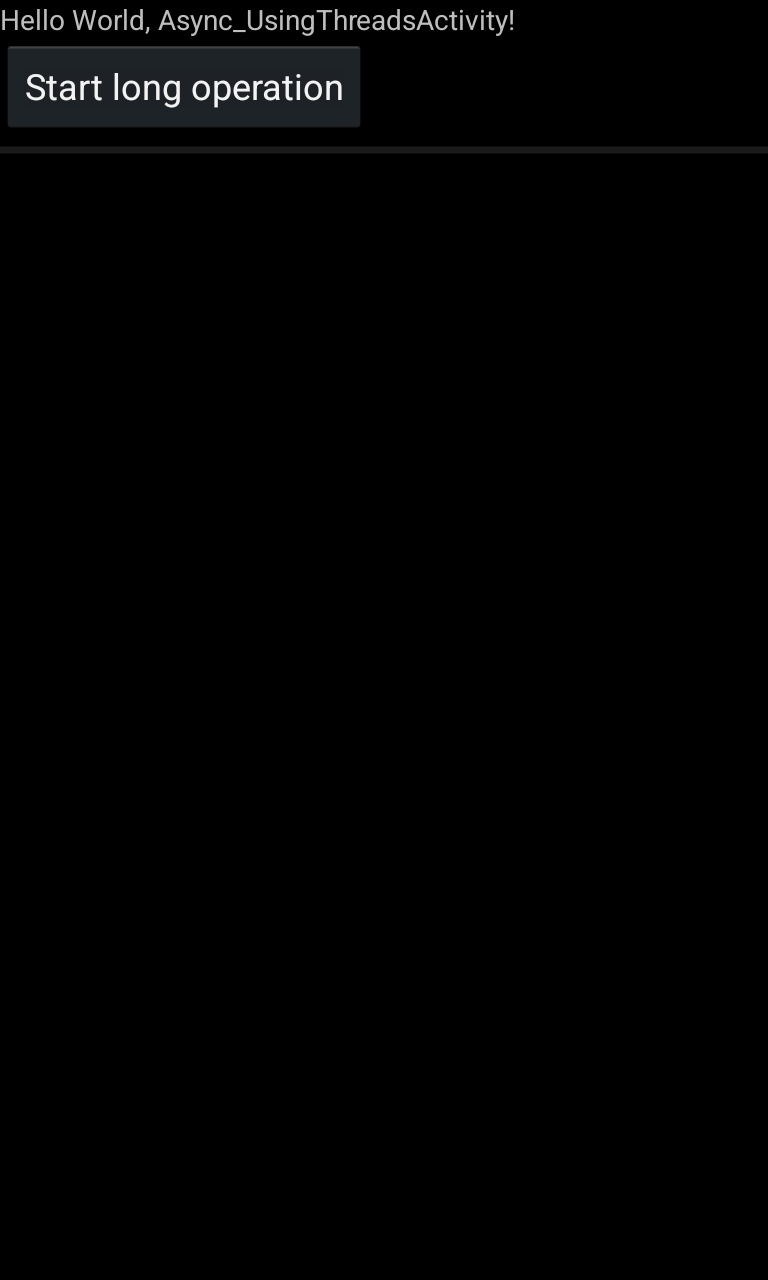
Repository: MobileAffairsLTD/AndroidDemos
Layout: Async_UsingThreads/res/layout/main.xml
The author's editor kept a copy of each file at every save. The layout is drawn from the files as they stood at one save, then again after the next save.
It is drawn on a 768 x 1280 px phone screen (xhdpi) without system bars, with theme android:Theme.Holo; the app's code is not run.

Above is the layout before, as saved 2012-04-20 19:14:52.

### Async_UsingThreads/res/layout/main.xml
<?xml version="1.0" encoding="utf-8"?>
<LinearLayout xmlns:android="http://schemas.android.com/apk/res/android"
    android:layout_width="fill_parent"
    android:layout_height="fill_parent"
    android:orientation="vertical" >

    <TextView
        android:layout_width="fill_parent"
        android:layout_height="wrap_content"
        android:text="@string/hello" />


    <Button
        android:id="@+id/button1"
        android:layout_width="wrap_content"
        android:layout_height="wrap_content"
        android:text="Start long operation"
        android:onClick="runLongOperation"/>




    <ProgressBar
        android:id="@+id/progressBar1"
        style="?android:attr/progressBarStyleHorizontal"
        android:layout_width="match_parent"
        android:layout_height="wrap_content" />

</LinearLayout>

### Async_UsingThreads/res/values/strings.xml
<?xml version="1.0" encoding="utf-8"?>
<resources>

    <string name="hello">Hello World, Async_UsingThreadsActivity!</string>
    <string name="app_name">Async_UsingThreads</string>

</resources>

After the next save:
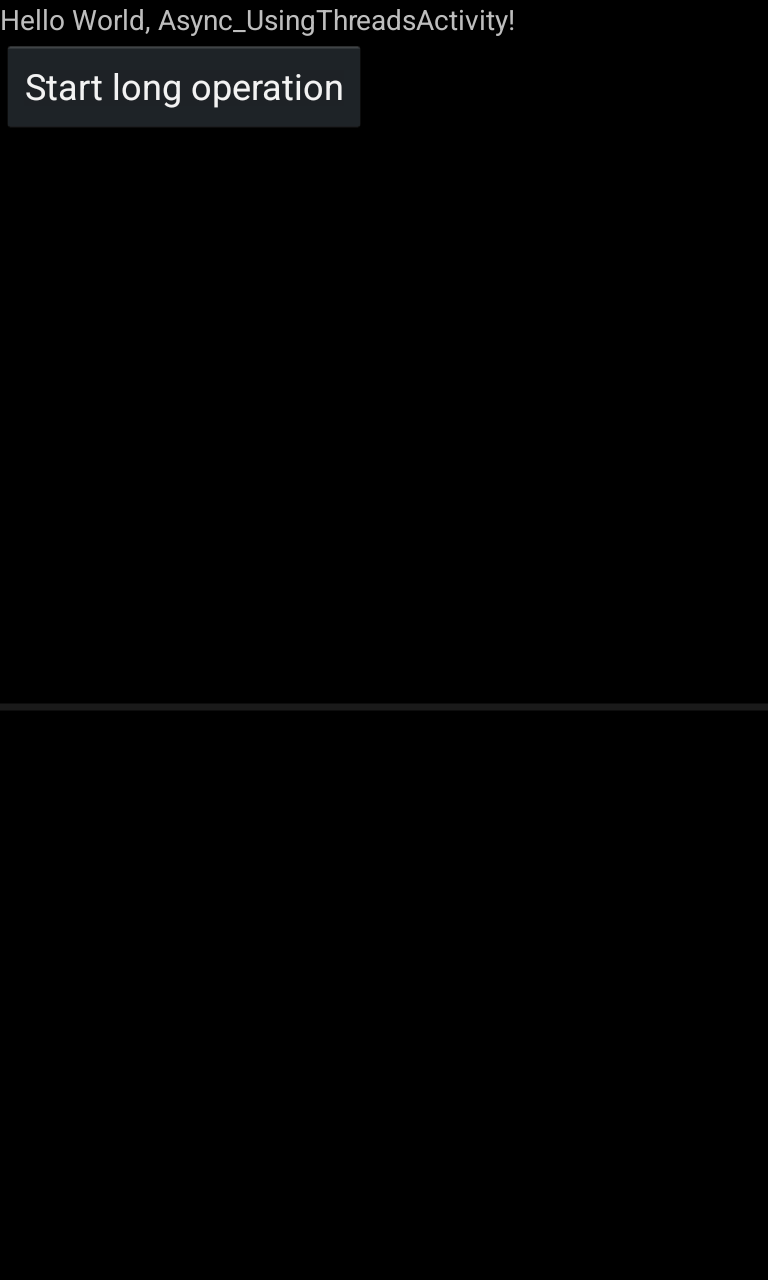
Saved 17 s later.
--- a/Async_UsingThreads/res/layout/main.xml
+++ b/Async_UsingThreads/res/layout/main.xml
@@ -9,21 +9,19 @@
         android:layout_height="wrap_content"
         android:text="@string/hello" />
 
-
     <Button
         android:id="@+id/button1"
         android:layout_width="wrap_content"
         android:layout_height="wrap_content"
-        android:text="Start long operation"
-        android:onClick="runLongOperation"/>
-
-
+        android:onClick="runLongOperation"
+        android:text="Start long operation" />
 
 
     <ProgressBar
         android:id="@+id/progressBar1"
         style="?android:attr/progressBarStyleHorizontal"
         android:layout_width="match_parent"
-        android:layout_height="wrap_content" />
+        android:layout_height="20dp"
+        android:layout_weight="0.09" />
 
 </LinearLayout>
